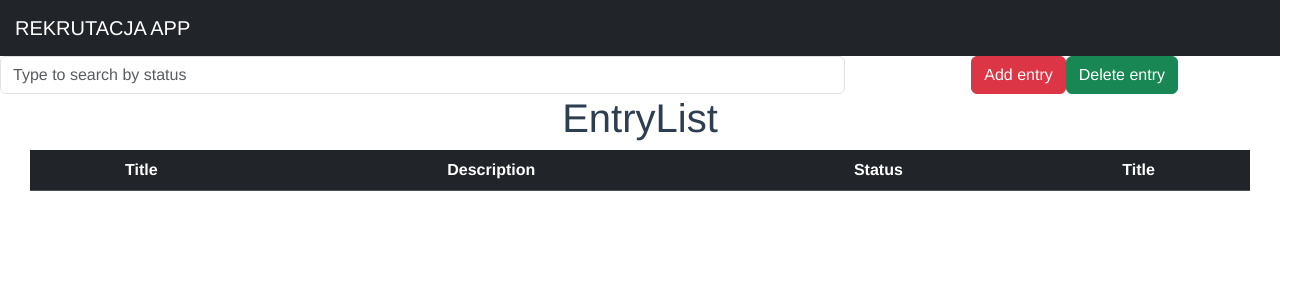
Repository: Madaless/vue_elastic
Page: / (app in vuejsapp/crudapp/)
An editor plug-in stored every save of this project. The page is shown before and after the next save, followed by the edit.
The browser window is 1280 px wide. The page is 1292 px wide, so the pictures cover 1292 px, including what lies to the right of the window. The pictures show the whole page.
The page's requests for data from a server got no answer. The project was rebuilt for these pictures with package versions that can differ from the ones it lists, and the page was loaded fresh each time. No one was signed in, and anything a server would have sent is missing.

Above is the page before, as saved 2021-09-12 13:45:53.

### vuejsapp/crudapp/src/main.js
import Vue from 'vue'
import App from './App.vue'
import store from  './store/index'
import { BootstrapVue, IconsPlugin } from 'bootstrap-vue'

// Import Bootstrap an BootstrapVue CSS files (order is important)
import 'bootstrap/dist/css/bootstrap.css'
import 'bootstrap-vue/dist/bootstrap-vue.css'

// Make BootstrapVue available throughout your project
Vue.use(BootstrapVue)
// Optionally install the BootstrapVue icon components plugin
Vue.use(IconsPlugin)

Vue.config.productionTip = false

new Vue({
  store,
  render: h => h(App),
}).$mount('#app')

### vuejsapp/crudapp/src/App.vue
<template>
  <div id="app">
    <b-navbar class="navbar navbar-expand navbar-dark bg-dark">
      <b-navbar-brand id="header" href="#">REKRUTACJA APP</b-navbar-brand>
    </b-navbar>

    <b-row>
      <b-col sm="8"><FilterEntry /></b-col>
      <b-col sm="4"><AddEntry /></b-col>
    </b-row>

    <EntryList />
  </div>
</template>

<script>
import AddEntry from "./components/AddEntry.vue";
import FilterEntry from "./components/FilterEntry.vue";
import EntryList from "./components/EntryList.vue";

export default {
  name: "App",
  components: {
    AddEntry,
    FilterEntry,
    EntryList,
  },
};
</script>

<style>
#app {
  font-family: Avenir, Helvetica, Arial, sans-serif;
  -webkit-font-smoothing: antialiased;
  -moz-osx-font-smoothing: grayscale;
  text-align: center;
  color: #2c3e50;
}
#header {
  padding-left: 15px;
}

#filterEntry {
    padding-top: 20px;
    padding-bottom: 20px;
    padding-left: 10px;
    padding-right: 10px;
}
</style>

### vuejsapp/crudapp/src/store/index.js
import Vuex from 'vuex';
import Vue from 'vue';
import entryList from './modules/entryList';

Vue.use(Vuex);

export default new Vuex.Store({
    modules: {
        entryList
    }
})

### vuejsapp/crudapp/src/components/AddEntry.vue
<template>
  <div>
    <b-button variant="danger">Add entry</b-button>
    <b-button variant="success">Delete entry</b-button>
  </div>
</template>

<script>
export default {
  setup() {},
};
</script>

<style scoped>
</style>

### vuejsapp/crudapp/src/components/FilterEntry.vue
<template>
  <div>
    <b-form-input
      id="filter-input"
      v-model="filter"
      type="search"
      placeholder="Type to search by status"
    ></b-form-input>
  </div>
</template>

<script>
export default {
  setup() {},
};
</script>

<style scoped>

</style>

### vuejsapp/crudapp/src/components/EntryList.vue
<template>
  <div id="entryList">
    <h1>EntryList</h1>

    <div class="todos">
      <table class="table table-striped table-dark">
        <thead>
          <tr>
            <th>Title</th>
            <th>Description</th>
            <th>Status</th>
            <th>Title</th>
          </tr>
        </thead>
        <tbody>
          <tr v-for="entry in entryList" v-bind:key="entry.key">

              <td>{{ entry.title }}</td>
            </tr>

        </tbody>
      </table>
    </div>
  </div>
</template>

<script>
import { mapGetters, mapActions } from "vuex";

export default {
  name: "EntryList",
  methods: {
    ...mapActions(["fetchEntryList"]),
  },
  computed: mapGetters(["entryList"]),
  created() {
    this.fetchEntryList();
  },
};
</script>

<style scoped>
#entryList {
  padding-left: 30px;
  padding-right: 30px;
}
</style>

### vuejsapp/crudapp/src/store/modules/entryList.js
import axios from 'axios';

const state = {
  entryList: []
};
// get the state
const getters = {
  entryList: (state) => {
    return state.entryList
  }
};

const actions = {
    // fetch from api
  async fetchEntryList({ commit }) {
    const response = await axios.get('https://jsonplaceholder.typicode.com/todos');

    commit('setEntryList', response.data);
  }
}

const mutations = {
    setEntryList: (state, entryList) => (state.entryList = entryList)
};

export default {
    state,
    getters,
    actions,
    mutations
};

Loaded but not shown: vuejsapp/crudapp/public/index.html (common file)

After the next save:
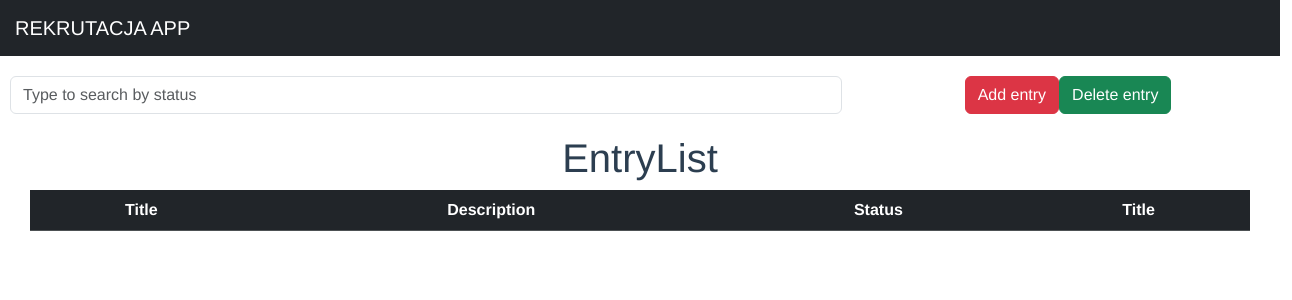
Saved 21 s later.
--- a/vuejsapp/crudapp/src/App.vue
+++ b/vuejsapp/crudapp/src/App.vue
@@ -4,7 +4,7 @@
       <b-navbar-brand id="header" href="#">REKRUTACJA APP</b-navbar-brand>
     </b-navbar>
 
-    <b-row>
+    <b-row id = "filterEntry">
       <b-col sm="8"><FilterEntry /></b-col>
       <b-col sm="4"><AddEntry /></b-col>
     </b-row>
